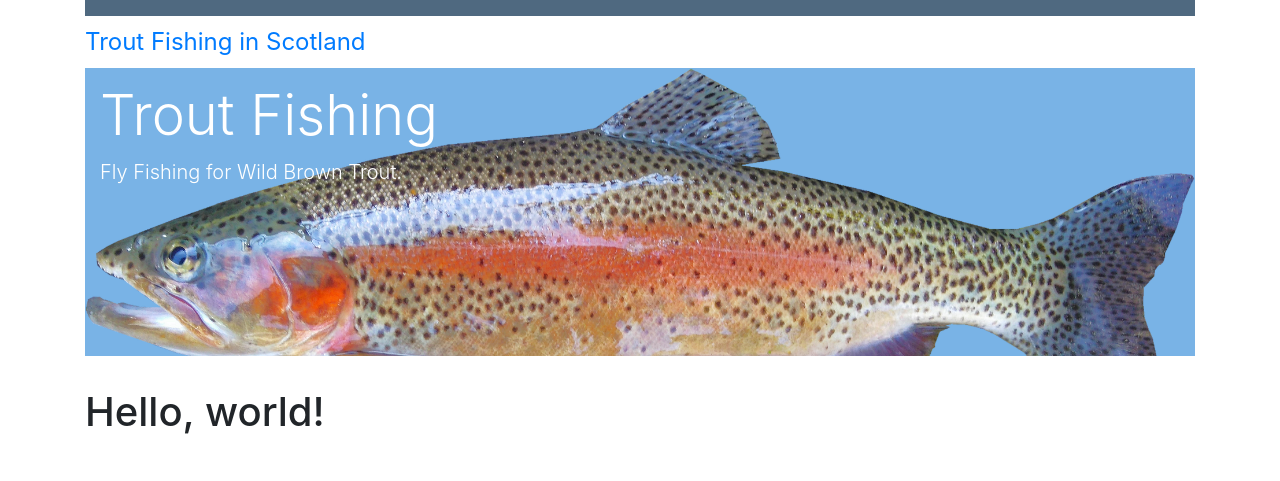
Repository: adrian9211/College_project
Page: about.html
An editor plug-in stored every save of this project. The page is shown before and after the next save, followed by the edit.
The browser window is 1280 px wide. The pictures show the whole page.

Above is the page before, as saved 2020-11-04 07:48:51.

After the next save:
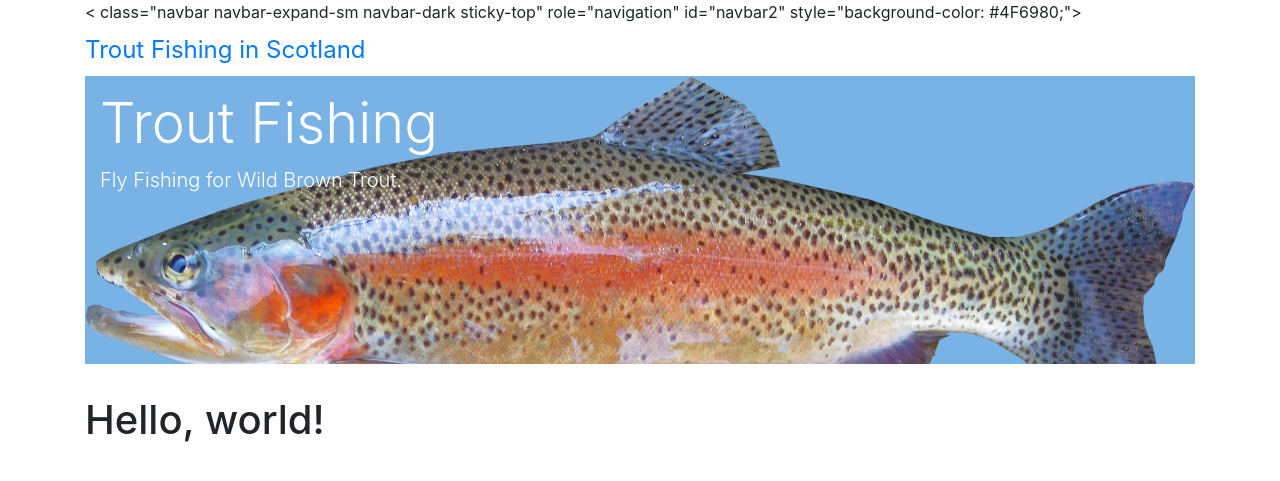
Saved 20 s later.
--- a/about.html
+++ b/about.html
@@ -15,7 +15,7 @@
        <!-- Navigation  bar start -->
 
         <div class="container">
-          <nav class="navbar navbar-expand-sm navbar-dark sticky-top" role="navigation" id="navbar2" style="background-color: #4F6980;"></nav>
+          < class="navbar navbar-expand-sm navbar-dark sticky-top" role="navigation" id="navbar2" style="background-color: #4F6980;">
           <a href="index.html"><span class="navbar-text">Trout Fishing in Scotland</span></a>
           <button class="navbar-toggler" data-toggle="collapse" data-target="#collapse_target">
             <span class="navbar-toggler-icon"></span>

After the save that followed:
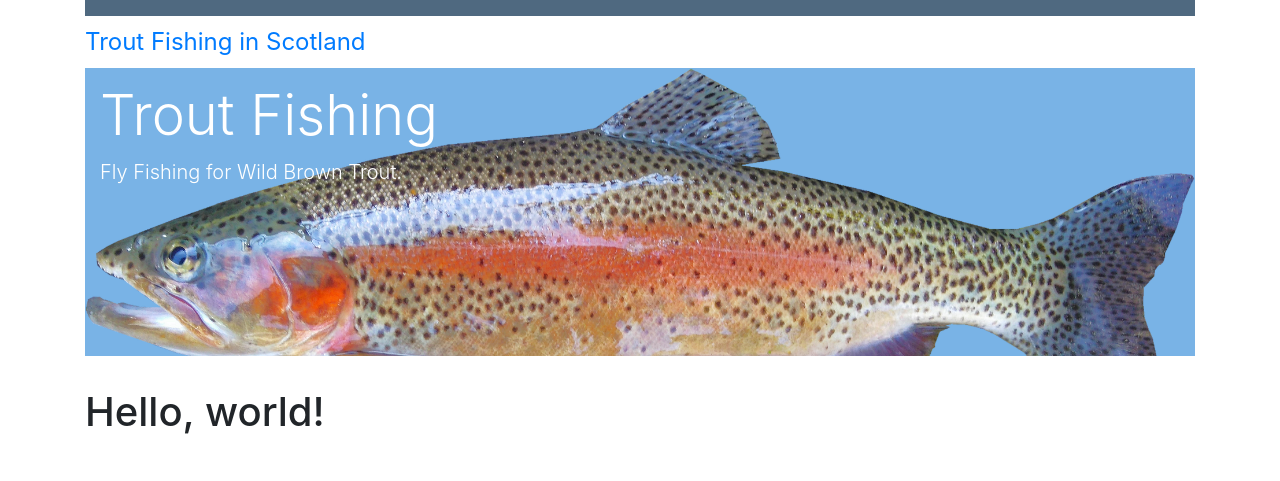
Saved 5 s later.
--- a/about.html
+++ b/about.html
@@ -15,7 +15,7 @@
        <!-- Navigation  bar start -->
 
         <div class="container">
-          < class="navbar navbar-expand-sm navbar-dark sticky-top" role="navigation" id="navbar2" style="background-color: #4F6980;">
+          <class class="navbar navbar-expand-sm navbar-dark sticky-top" role="navigation" id="navbar2" style="background-color: #4F6980;"></class>
           <a href="index.html"><span class="navbar-text">Trout Fishing in Scotland</span></a>
           <button class="navbar-toggler" data-toggle="collapse" data-target="#collapse_target">
             <span class="navbar-toggler-icon"></span>
